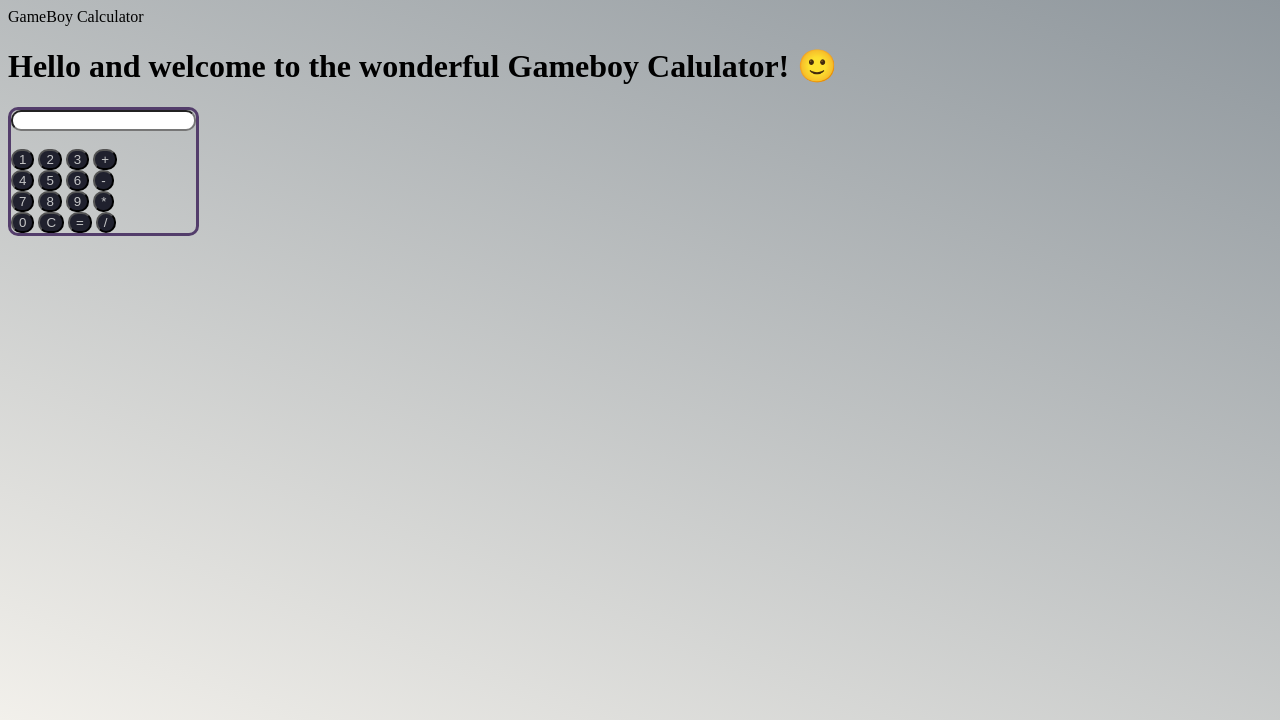
Repository: CrazyPaine/GameBoy-Calculator
Page: index.html
The author's editor kept a copy of each file at every save. The page is drawn from the files as they stood at one save, then again after the next save.
The browser window is 1280 px wide. The pictures show the whole page.

Above is the page before, as saved 2024-02-02 15:35:52.

### index.html
<!DOCTYPE html>
<html lang="en">
<head>
    <meta charset="UTF-8">
    <meta name="viewport" content="width=device-width, initial-scale=1.0">
    <link rel="stylesheet" type="text/css" href="css/styles.css"
    <title>GameBoy Calculator</title>
</head>

<body>
    <h1 class = "Intro">Hello and welcome to the wonderful Gameboy Calulator! &#128578;</h1>

    <div class = 'calculator'>
        <input type="text"id="display" readonly>
       <br>
            <button onclick="appendToDisplay('1')" class = "button">1</button>
            <button onclick="appendToDisplay('2')" class = "button">2</button>
            <button onclick="appendToDisplay('3')" class = "button">3</button>
            <button onclick="appendToDisplay('+')" class = "button">+</button>
            <br>
            <button onclick="appendToDisplay('4')" class = "button">4</button>
            <button onclick="appendToDisplay('5')" class = "button">5</button>
            <button onclick="appendToDisplay('6')" class = "button">6</button>
            <button onclick="appendToDisplay('-')" class = "button">-</button>
            <br>
            <button onclick="appendToDisplay('7')" class = "button">7</button>
            <button onclick="appendToDisplay('8')" class = "button">8</button>
            <button onclick="appendToDisplay('9')" class = "button">9</button>
            <button onclick="appendToDisplay('*')" class = "button">*</button>
            <br>
            <button onclick="appendToDisplay('0')" class = "button">0</button>
            <button onclick="clearDisplay()" class = "button">C</button>
            <button onclick="calculateResult()" class = "button">=</button>
            <button onclick="appendToDisplay('/')" class = "button">/</button>

    </div>




</body>
</html>

### css/styles.css
/******************************************
/* CSS
/*******************************************/


/* Box Model Hack */
* {
    box-sizing: border-box;
}



/******************************************
/* LAYOUT
/*******************************************/
html {
    height: 100%;
}

title {
    text-align: left;
    font-size: 5px;
}

body {
    background: rgb(143, 151, 157);
        background: linear-gradient(201deg, rgba(143, 151, 157, 1) 0%, rgba(242, 240, 235, 1) 100%);
}

#display{
    border-radius: 10px;
    display: flex;
    align-items:center;
}

.calculator {
    border: 3px solid #533D6B;
    border-radius: 10px;
    width:fit-content;
}

.button {
    background-color: #20212e;
    border-radius: 10px;
    color: #C5C6C7;

}


img {
    display: block;
    margin: 0 auto;
    width: 25%;
}


/******************************************
/* ADDITIONAL STYLES
/*******************************************/

After the next save:
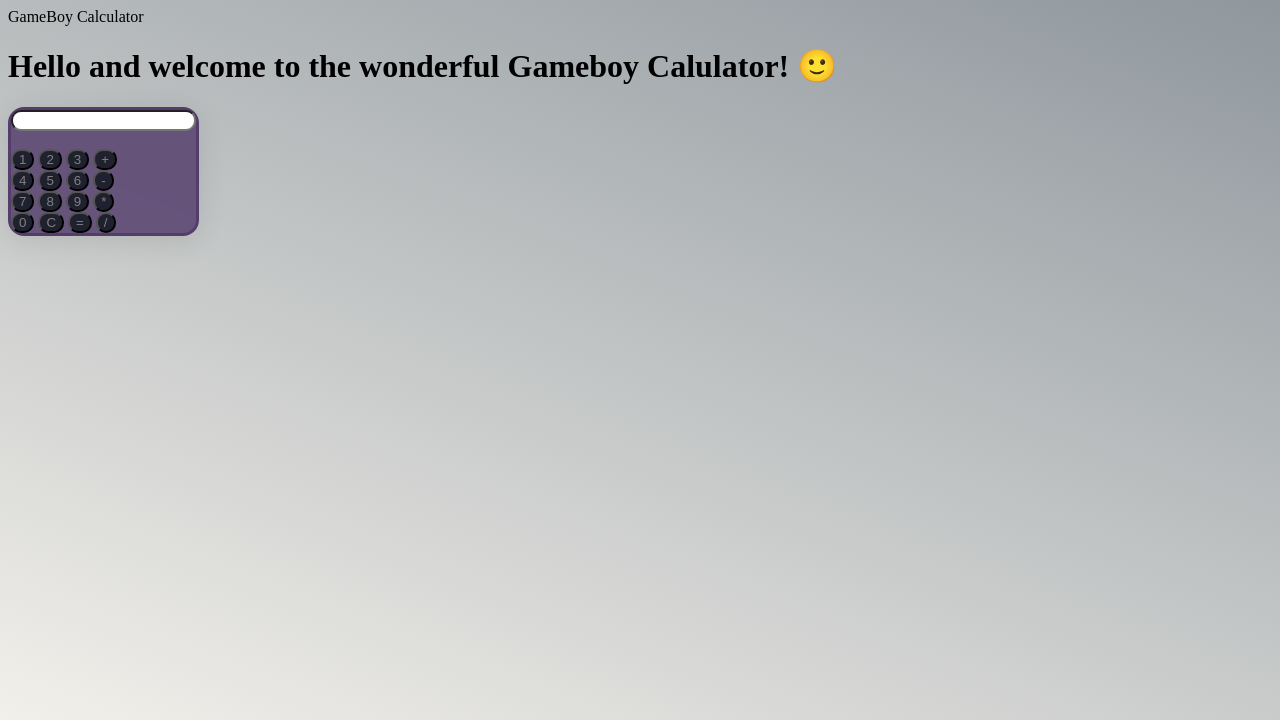
Saved 7 min 43 s later.
--- a/css/styles.css
+++ b/css/styles.css
@@ -34,15 +34,22 @@ body {
 }
 
 .calculator {
+    height:fit-content
+    width:fit-content;
     border: 3px solid #533D6B;
     border-radius: 10px;
     width:fit-content;
+    background: rgba(83, 61, 107, 0.83);
+    border-radius: 16px;
+    box-shadow: 0 4px 30px rgba(0, 0, 0, 0.1);
+    backdrop-filter: blur(2.7px);
+    -webkit-backdrop-filter: blur(2.7px);
 }
 
 .button {
     background-color: #20212e;
     border-radius: 10px;
-    color: #C5C6C7;
+    color: #808080;
 
 }
 
